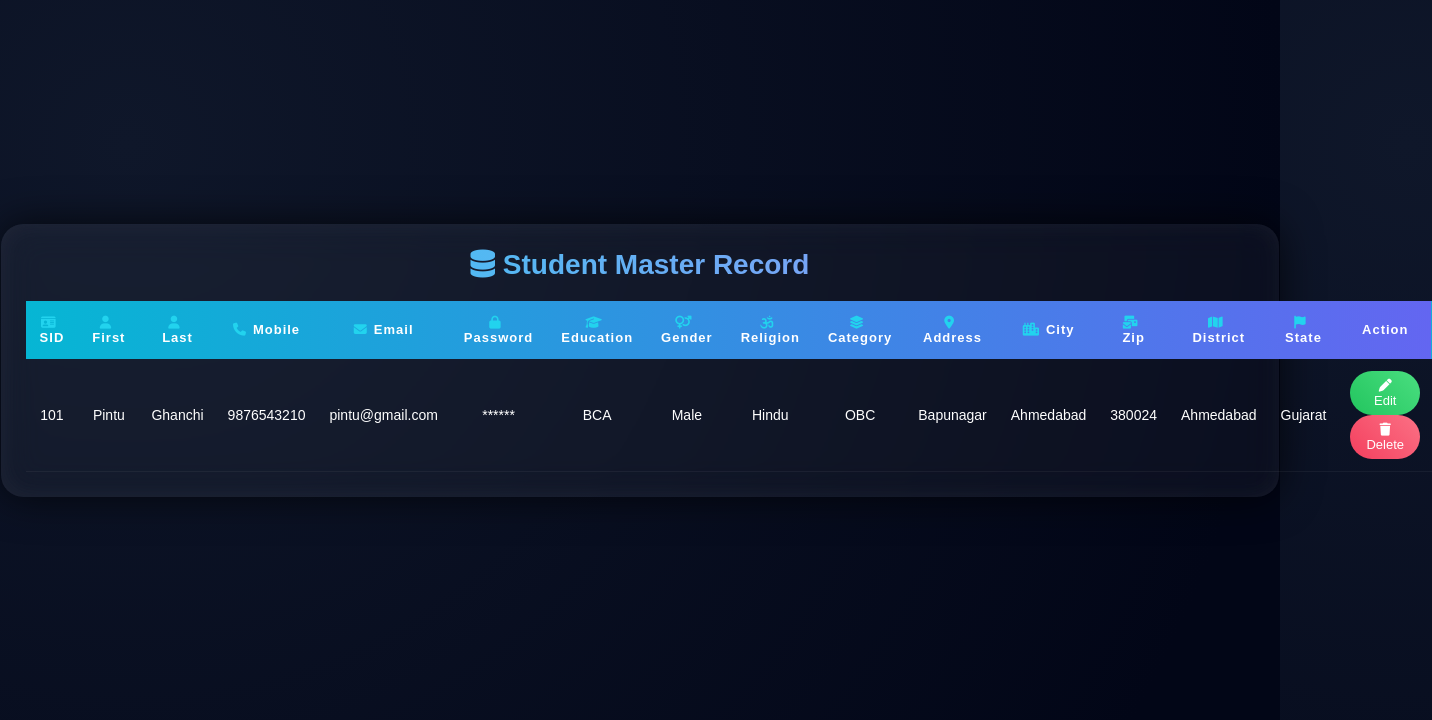
Repository: Pintu-6545/Java_Programming
Page: http://localhost/Students/view.jsp
These files come from the project's save history. The page is drawn as it stood at one moment and after the next save; the edit follows.
The browser window is 1280 px wide. The page is 1432 px wide, so the pictures cover 1432 px, including what lies to the right of the window. The pictures show the whole page.
The page is served by Tomcat 10. Other server files are loaded and not shown.

Above is the page before, as saved 2026-02-07 03:56:37.

### Assessement/Student Management/Students/src/main/webapp/view.jsp
<%@ page language="java" contentType="text/html; charset=UTF-8"
    pageEncoding="UTF-8"%>
<!DOCTYPE html>
<html lang="en">
<head>
<meta charset="UTF-8">
<title>Premium AI Student Table</title>

<link rel="stylesheet"
href="https://cdnjs.cloudflare.com/ajax/libs/font-awesome/6.5.0/css/all.min.css">

<style>

/* Background */
body{
    margin:0;
    font-family:'Poppins',sans-serif;
    background:
    radial-gradient(circle at 10% 20%, #0f172a, #020617 90%);
    height:100vh;
    display:flex;
    justify-content:center;
    align-items:center;
    color:#fff;
}

/* Glass Container */
.table-container{
    width:96%;
    padding:25px;
    border-radius:22px;
    background:rgba(255,255,255,0.04);
    backdrop-filter:blur(18px);
    box-shadow:
    0 0 40px rgba(0,0,0,0.7),
    inset 0 0 25px rgba(255,255,255,0.05);
    animation:fadeIn 1s ease;
}

/* Title */
.title{
    text-align:center;
    font-size:28px;
    margin-bottom:20px;
    background:linear-gradient(90deg,#22d3ee,#a78bfa);
    -webkit-background-clip:text;
    -webkit-text-fill-color:transparent;
    font-weight:600;
}

/* Table */
table{
    width:100%;
    border-collapse:collapse;
}

/* Header */
thead{
    background:linear-gradient(90deg,#06b6d4,#6366f1);
}

th{
    padding:14px;
    font-size:13px;
    letter-spacing:1px;
}

/* Cells */
td{
    padding:12px;
    text-align:center;
    font-size:14px;
    border-bottom:1px solid rgba(255,255,255,0.05);
}

/* Row Hover */
tbody tr{
    transition:0.35s;
}

tbody tr:hover{
    background:linear-gradient(
    90deg,
    rgba(34,211,238,0.15),
    rgba(167,139,250,0.15)
    );
    transform:scale(1.01);
    box-shadow:0 0 18px rgba(34,211,238,0.35);
}

/* Icons */
.icon{
    color:#22d3ee;
    margin-right:6px;
}

/* Buttons Base */
.btn{
    border:none;
    padding:7px 16px;
    border-radius:25px;
    color:#fff;
    cursor:pointer;
    font-size:13px;
    transition:0.35s;
}

/* Edit Button */
.edit{
    background:linear-gradient(45deg,#22c55e,#4ade80);
}

.edit:hover{
    box-shadow:0 0 15px #22c55e;
    transform:translateY(-2px);
}

/* Delete Button */
.delete{
    background:linear-gradient(45deg,#f43f5e,#fb7185);
}

.delete:hover{
    box-shadow:0 0 15px #f43f5e;
    transform:translateY(-2px);
}

/* Animation */
@keyframes fadeIn{
    from{opacity:0; transform:translateY(40px);}
    to{opacity:1; transform:translateY(0);}
}

</style>
</head>

<body>

<div class="table-container">

<div class="title">
<i class="fa-solid fa-database"></i>
Student Master Record
</div>

<table>

<thead>
<tr>
<th><i class="fa fa-id-card icon"></i>SID</th>
<th><i class="fa fa-user icon"></i>First</th>
<th><i class="fa fa-user icon"></i>Last</th>
<th><i class="fa fa-phone icon"></i>Mobile</th>
<th><i class="fa fa-envelope icon"></i>Email</th>
<th><i class="fa fa-lock icon"></i>Password</th>
<th><i class="fa fa-graduation-cap icon"></i>Education</th>
<th><i class="fa fa-venus-mars icon"></i>Gender</th>
<th><i class="fa fa-om icon"></i>Religion</th>
<th><i class="fa fa-layer-group icon"></i>Category</th>
<th><i class="fa fa-location-dot icon"></i>Address</th>
<th><i class="fa fa-city icon"></i>City</th>
<th><i class="fa fa-mail-bulk icon"></i>Zip</th>
<th><i class="fa fa-map icon"></i>District</th>
<th><i class="fa fa-flag icon"></i>State</th>
<th>Action</th>
</tr>
</thead>

<tbody>

<tr>
<td>101</td>
<td>Pintu</td>
<td>Ghanchi</td>
<td>9876543210</td>
<td>pintu@gmail.com</td>
<td>******</td>
<td>BCA</td>
<td>Male</td>
<td>Hindu</td>
<td>OBC</td>
<td>Bapunagar</td>
<td>Ahmedabad</td>
<td>380024</td>
<td>Ahmedabad</td>
<td>Gujarat</td>

<td>
<button class="btn edit">
<i class="fa fa-pen"></i> Edit
</button>

<button class="btn delete">
<i class="fa fa-trash"></i> Delete
</button>
</td>
</tr>

</tbody>

</table>
</div>

</body>
</html>

After the next save:
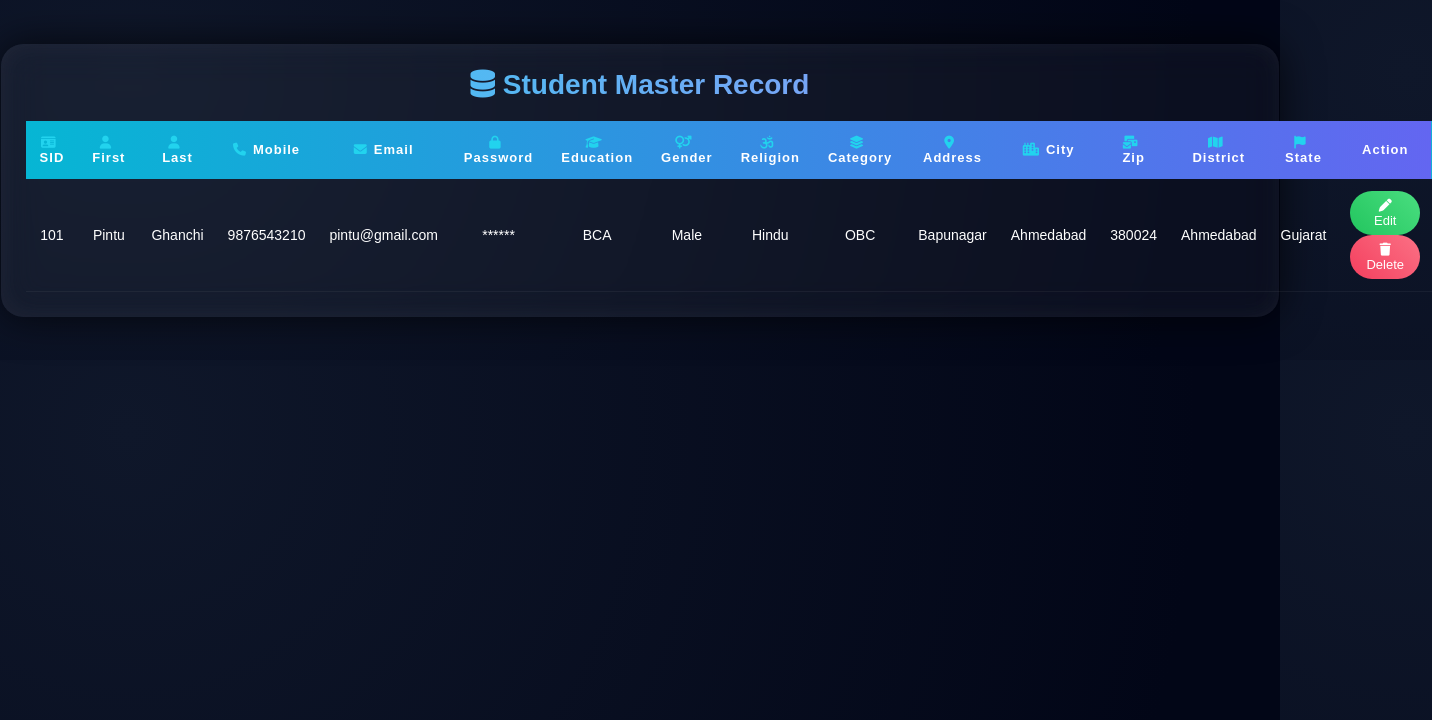
Saved 48 s later.
--- a/Assessement/Student Management/Students/src/main/webapp/view.jsp
+++ b/Assessement/Student Management/Students/src/main/webapp/view.jsp
@@ -17,7 +17,7 @@ body{
     font-family:'Poppins',sans-serif;
     background:
     radial-gradient(circle at 10% 20%, #0f172a, #020617 90%);
-    height:100vh;
+    height:50vh;
     display:flex;
     justify-content:center;
     align-items:center;
